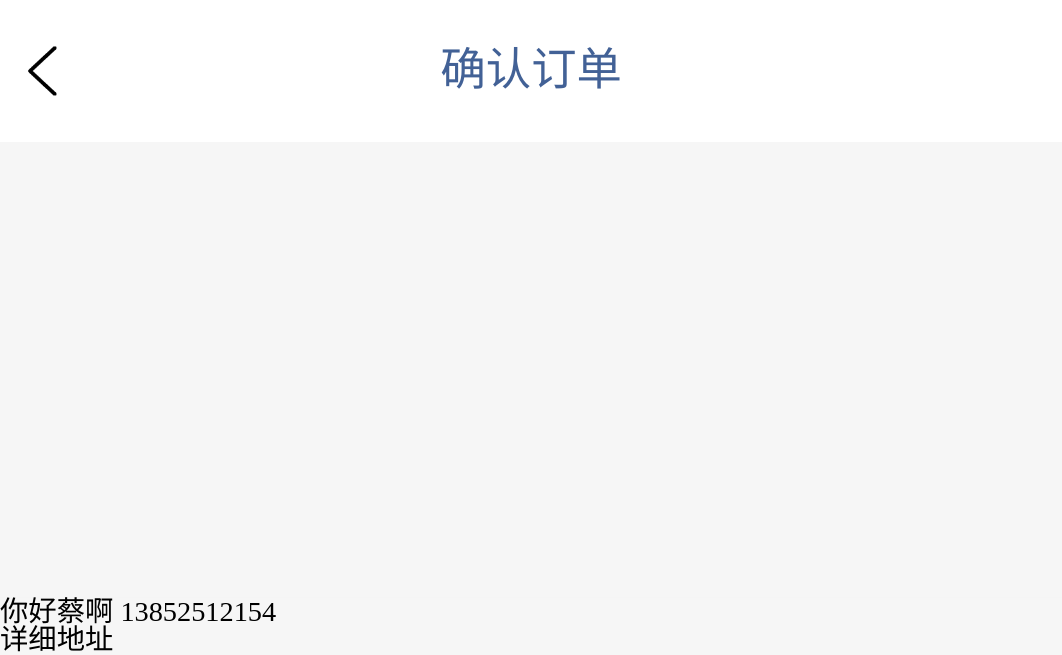
Repository: 421538074/sell
Page: consumer/confirm-order.html
These files come from the project's save history. The page is drawn as it stood at one moment and after the next save; the edit follows.
The browser window is 1280 px wide. The pictures show the whole page, at 83% of full size.

Above is the page before, as saved 2019-05-31 15:52:19.

### consumer/confirm-order.html
<!DOCTYPE html>
<html lang="en">

<head>
    <meta charset="UTF-8">
    <meta name="viewport" content="width=device-width, initial-scale=1.0">
    <meta http-equiv="X-UA-Compatible" content="ie=edge">
    <title>确认订单</title>
    <link rel="stylesheet" href="../css/base.css">
    <link rel="stylesheet" href="css/common.css">
    <link rel="stylesheet" href="css/confirm-order.css">
</head>

<body>
    <div id="app" class="content">
        <nav @click="back" class="nav-bar-wrapper">
            <img src="../img/back.png" class="back-icon">
            <p class="nav-bar-title">确认订单</p>
        </nav>
    </div>
    <div class="order-user-info">
        <p class="user-contact">
            你好蔡啊 13852512154
        </p>
        <p class="address-detail">
            详细地址
        </p>
    </div>

    <script src="../js/api.js"></script>
    <script src="../js/jquery.min.js"></script>
    <script src="../js/vue.js"></script>
    <script src="js/vue-mixin.js"></script>
    <script src="js/confirm-order.js"></script>
</body>

</html>

### css/base.css
/* http://meyerweb.com/eric/tools/css/reset/
   v2.0 | 20110126
   License: none (public domain)
*/

html,
body,
div,
span,
applet,
object,
iframe,
h1,
h2,
h3,
h4,
h5,
h6,
p,
blockquote,
pre,
a,
abbr,
acronym,
address,
big,
cite,
code,
del,
dfn,
em,
img,
ins,
kbd,
q,
s,
samp,
small,
strike,
strong,
sub,
sup,
tt,
var,
b,
u,
i,
center,
dl,
dt,
dd,
ol,
ul,
li,
fieldset,
form,
label,
legend,
table,
caption,
tbody,
tfoot,
thead,
tr,
th,
td,
article,
aside,
canvas,
details,
embed,
figure,
figcaption,
footer,
header,
hgroup,
menu,
nav,
output,
ruby,
section,
summary,
time,
mark,
audio,
video {
    margin: 0;
    padding: 0;
    border: 0;
    font-size: 100%;
    font: inherit;
    vertical-align: baseline;
}

/* HTML5 display-role reset for older browsers */
article,
aside,
details,
figcaption,
figure,
footer,
header,
hgroup,
menu,
nav,
section {
    display: block;
}

body {
    line-height: 1;
}

ol,
ul {
    list-style: none;
}

blockquote,
q {
    quotes: none;
}

blockquote:before,
blockquote:after,
q:before,
q:after {
    content: '';
    content: none;
}

table {
    border-collapse: collapse;
    border-spacing: 0;
}


body,
html {
    font-size: calc(100vw / 37.5) !important;
    font-family: PingFangSC-Medium;
    background: #F2F2F2;
}


[v-cloak] {
    display: none;
}


hr {
    margin: 0;
    padding: 0;
}

.clearfix {
    zoom: 1;
}

.clearfix:after {
    content: ".";
    display: block;
    visibility: hidden;
    height: 0;
    clear: both;
}

[v-cloak] {
    display: none;
}

### consumer/css/common.css
*{
    box-sizing: border-box;
}
html,body{
    background: #f6f6f6;
}
html,body,div.content{
    height: 100%;
}
/*底部菜单栏*/
nav.tool-bar-wrapper {
    height: 5rem;
    background: #ffffff;
    display: flex;
    align-items: center;
    justify-content: space-around;
}
a.nav-item {
    color: #888888;
    text-decoration: none;
    font-size: 1.5rem;
    display: flex;
    flex-direction: column;
    align-items: center;
    justify-content: space-around;
    height: 90%;
}
a.nav-item.active{
    color: #0093FF;
}
img.nav-item-icon{
    width: 1.5rem;
    height: 1.5rem;
}
.ellipsis{
    overflow: hidden;
    white-space: nowrap;
    text-overflow: ellipsis;
}
/*顶部返回栏 */
nav.nav-bar-wrapper {
    background: #FFFFFF;
    height: 5rem;
    display: flex;
    align-items: center;
    justify-content: space-around;
    position: fixed;
    width: 100%;
    top: 0;
    z-index: 2;
    font-size: 1.6rem;
    color: #426196;
}
img.back-icon {
    position: absolute;
    width: 1rem;
    left: 1rem;
}

### js/api.js
function getUrlKey(name) {
    return decodeURIComponent((new RegExp('[?|&]' + name + '=' + '([^&;]+?)(&|#|;|$)').exec(location.href) || [, ""])[1].replace(/\+/g, '%20')) || null;
}


// window.warn = {
//     alert: function alert(msg) {
//         var template = `
// `
//         $('body').append(template);
//         $('.alert-body').animate({
//             top: "40px"
//         }, 200);
//         // setTimeout(function () {
//         //     warn.close();
//         // }, 1500);
//     },
//     close: function close() {
//         $('.alert-body').animate({
//             top: "-280px"
//         }, 200);
//         setTimeout(function () {
//             $('#alert-msg').remove();
//         }, 200);
//     }
// };

### consumer/js/vue-mixin.js
Vue.mixin({
    methods: {
        /**
         * 返回
         */
        back() {
            history.go(-1);
        },
        /**
         * 限制长度
         * @param {String} 要限制长度的字段
         * @param {Number} 长度
         */
        limitLength(key, length) {
            this[key] = this[key].substring(0, length);
        },
        /**
         * 验证11位手机号
         * @param {Number} phone
         */
        validatePhone(phone) {
            const phoneReg = /^[1-9][0-9]{9}[0-9]$/;
            return phoneReg.test(phone);
        },
        /**
         * 发送手机验证码
         * @param {Number} waitTimeKey 等待时间键名
         * @param {String} tipsKey 发送验证码显示的信息的键名
         * @param {String} phoneKey 手机号键名
         * @param {String} reSendMsg  按钮默认显示的文字
         */
        sendCode(waitTimeKey, tipsKey, phoneKey, defaultMsg) {
            if (!this.validatePhone(this[phoneKey])) {
                alert('无效手机号!');
                return;
            }
            if (this[waitTimeKey] == 60) {
                $.post('', {
                        phone: this[phoneKey]
                    }, (res) => {
                        if (res.status == 1) {
                            const interval = setInterval(() => {
                                if (this[waitTimeKey] == 1) {
                                    this[waitTimeKey] = 60;
                                    this[tipsKey] = defaultMsg;
                                    clearInterval(interval);
                                    return;
                                }
                                this[waitTimeKey] -= 1;
                                this[tipsKey] = `${this[waitTimeKey]}s`;
                            }, 1000);
                        } else {
                            alert('发送失败!');
                        }
                    }, 'json')
                    .fail(err => {
                        alert('服务器异常!');
                    });
            }
        },
        /**
         * 链接跳转
         * @param {String} url
         */
        linkTo(url) {
            window.location.href = url;
        }
    },
    filters: {

    }
})

### consumer/js/confirm-order.js
new Vue({
    el:'#app'
});

Loaded but not shown: js/jquery.min.js (library); js/vue.js (library); consumer/css/confirm-order.css (no stored copy; drawn as an empty file)

After the next save:
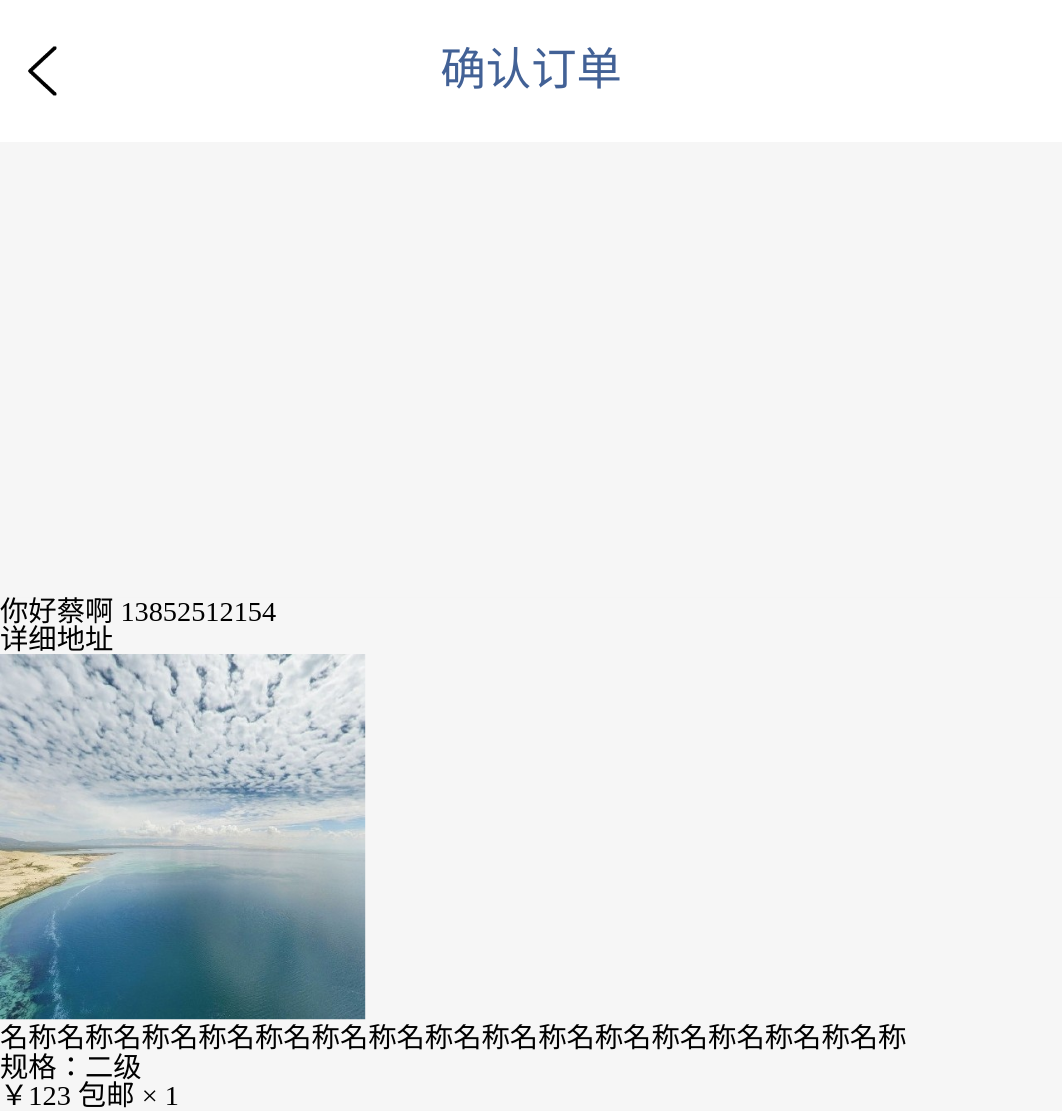
Saved 13 s later.
--- a/consumer/confirm-order.html
+++ b/consumer/confirm-order.html
@@ -26,7 +26,20 @@
             详细地址
         </p>
     </div>
-
+    <ul class="order-goods-list-wrapper">
+            <li v-for="n in 20" class="order-item">
+                <img src="../img/1.jpg" class="goods-icon">
+                <div class="goods-detail">
+                    <p class="goods-title ellipsis">名称名称名称名称名称名称名称名称名称名称名称名称名称名称名称名称</p>
+                    <p class="goods-category">规格：二级</p>
+                    <p class="goods-price-num">
+                        <span class="price">￥123</span>
+                        <span class="post">包邮</span>
+                        <span class="num">× 1</span>
+                    </p>
+                </div>
+            </li>
+        </ul>
     <script src="../js/api.js"></script>
     <script src="../js/jquery.min.js"></script>
     <script src="../js/vue.js"></script>
